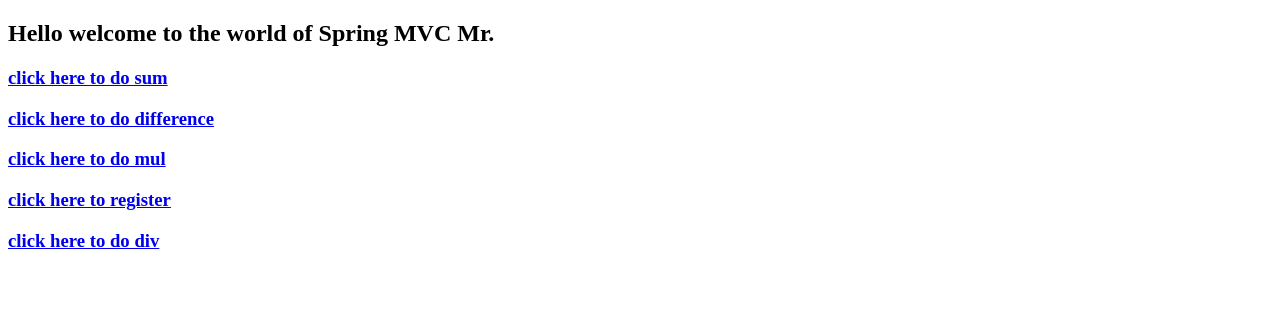
Repository: BharathiGongati/SEHE5Hibernate
Page: http://localhost/MVCProject/home.jsp
These files come from the project's save history. The page is drawn as it stood at one moment and after the next save; the edit follows.
The browser window is 1280 px wide. The pictures show the whole page.
The page is served by Tomcat 9.

Above is the page before, as saved 2023-07-15 08:12:29.

After the next save:
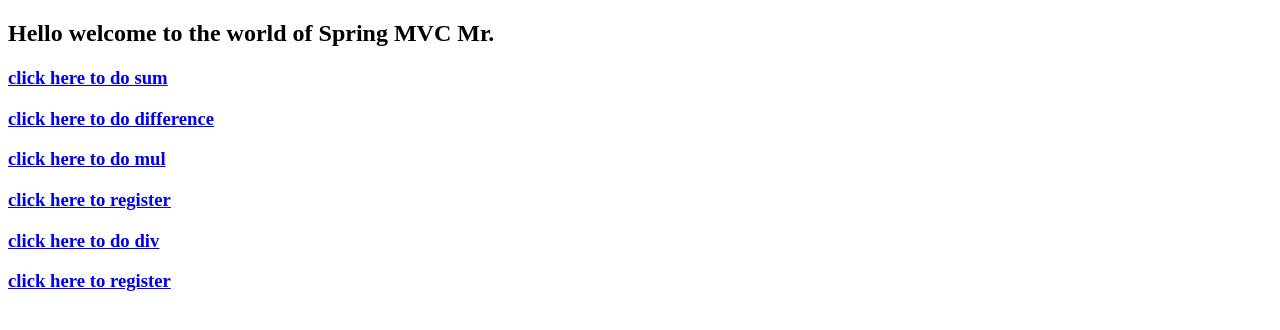
Saved 106 s later.
--- a/SEHE7/MVCProject/src/main/webapp/home.jsp
+++ b/SEHE7/MVCProject/src/main/webapp/home.jsp
@@ -23,6 +23,9 @@
 	<h3>
 		<a href="div.jsp"> click here to do div</a>
 	</h3>
+	<h3>
+		<a href="edit.jsp"> click here to register</a>
+	</h3>
 
 </body>
 </html>
